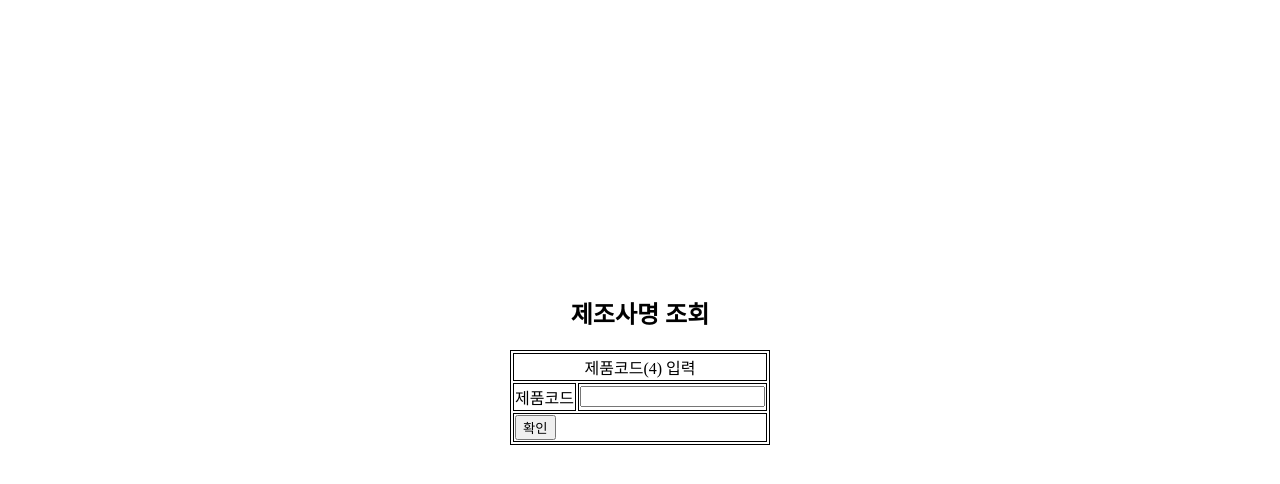
Repository: dlrjsgh367/SW-L5-20V1
Page: SW-L5-20V1/WebContent/task2.html
The author's editor kept a copy of each file at every save. The page is drawn from the files as they stood at one save, then again after the next save.
The browser window is 1280 px wide. The pictures show the whole page.

Above is the page before, as saved 2025-01-12 08:26:49.

After the next save:
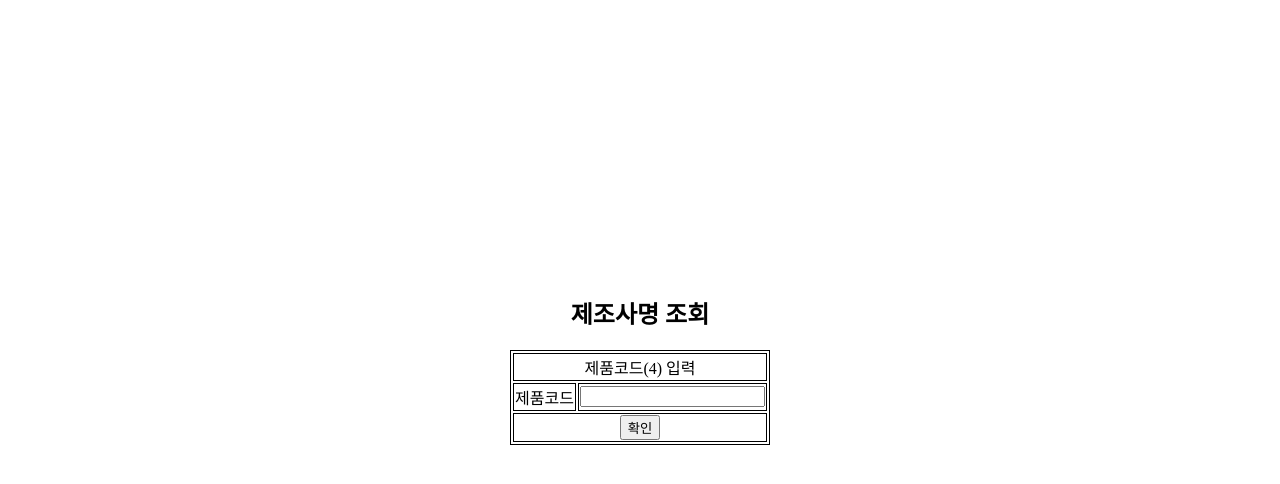
Saved 5 s later.
--- a/SW-L5-20V1/WebContent/task2.html
+++ b/SW-L5-20V1/WebContent/task2.html
@@ -20,7 +20,7 @@
         </tr>
         <tr>
           <td colspan="2">
-            <button class="ta">확인</button>
+            <button class="m0a">확인</button>
           </td>
         </tr>
       </table>
